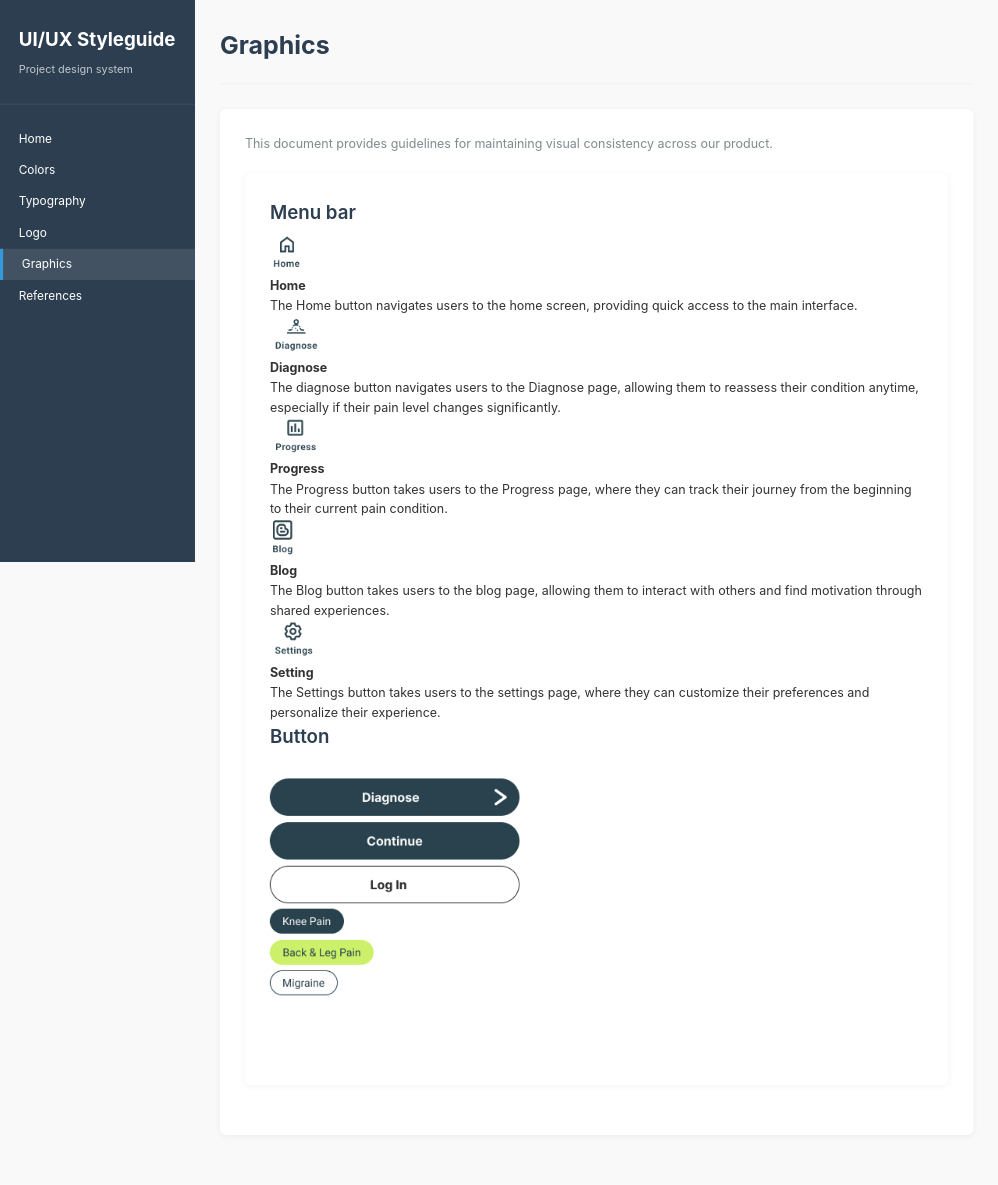
Repository: rosielee09/Heal_U
Page: graphics.html
These files come from the project's save history. The page is drawn as it stood at one moment and after the next save; the edit follows.
The browser window is 1280 px wide. The pictures show the whole page, at 78% of full size.

Above is the page before, as saved 2025-04-03 21:19:23.

### graphics.html
<!DOCTYPE html>
<html lang="en">
<head>
    <meta charset="UTF-8">
    <meta name="viewport" content="width=device-width, initial-scale=1.0">
    <link rel="stylesheet" href="styles.css">
    <title>Heal_U Styleguide</title>
</head>
<body>
    <div class="container">
        <!-- Sidebar Navigation -->
        <div class="sidebar">
            <div class="sidebar-header">
                <h1>UI/UX Styleguide</h1>
                <p>Project design system</p>
            </div>
            <ul class="nav">
                <li ><a href="index.html">Home</a></li>
                <li><a href="colors.html">Colors</a></li>
                <li><a href="typography.html">Typography</a></li>
                <li><a href="logo.html">Logo</a></li>
                <li class="active"><a href="graphics.html">Graphics</a></li>
                <li><a href="references.html">References</a></li>
            </ul>
        </div>

        <!-- Main Content - Home Page -->

        <div class="content">
            <header class="page-header">
                <h2>Graphics</h2>
            </header>

            <div class="component">
                <div class="component-header">
                  <p class="component-description">This document provides guidelines for maintaining visual consistency across our product.</p>
                </div>
           <!-- SECTION 1: menu bar -->
           <section class="component">
            <div class="component-header">
                <div class="component-section">
                    <h3 class="component-title">Menu bar</h3>

                    <div class="graphic-grid">
                        <!-- home -->
                        <div class="graphic-item">
                            <img class="graphic-menu__icon" src="/img/graphic-menu/home.png" alt="home">
                            <div class="graphic-info">
                                <h4 class="graphic-title">Home</h4>
                                <div>The Home button navigates users to the home screen, providing quick access to the main interface.</div>
                            </div>
                        </div>
                        <!-- diagnose -->
                        <div class="graphic-item">
                            <img class="graphic-menu__icon" src="/img/graphic-menu/diagnose.png" alt="diagnose">
                            <div class="graphic-info">
                                <h4 class="graphic-title">Diagnose </h4>
                                <div>The diagnose button navigates users to the Diagnose page, allowing them to reassess their condition anytime, especially if their pain level changes significantly.</div>
                            </div>
                        </div>
                        <!-- Progress -->
                        <div class="graphic-item">
                            <img class="graphic-menu__icon" src="/img/graphic-menu/progress.png" alt="Progress">
                            <div class="graphic-info">
                                <h4 class="graphic-title">Progress </h4>
                                <div>
                                    The Progress button takes users to the Progress page, where they can track their journey from the beginning to their current pain condition.</div>
                            </div>
                        </div>

                        <!-- blog -->
                        <div class="graphic-item">
                            <img class="graphic-menu__icon" src="/img/graphic-menu/blog.png" alt="blog">
                            <div class="graphic-info">
                                <h4 class="graphic-title">Blog </h4>
                                <div>The Blog button takes users to the blog page, allowing them to interact with others and find motivation through shared experiences.</div>
                        </div>
                        </div>

                        <!-- Setting -->
                        <div class="graphic-item">
                            <img class="graphic-menu__icon" src="/img/graphic-menu/setting.png" alt="Setting">
                            <div class="graphic-info">
                                <h4 class="graphic-title">Setting </h4>
                                <div>The Settings button takes users to the settings page, where they can customize their preferences and personalize their experience.</div>

                    </div>
                </div>
            </div>


                <div class="component-section">
                    <h3 class="component-title">Button </h3>
                    <br>
                    <div class="graphic-grid">
                          <!-- fill button -->
                        <div class="graphic-item">
                            <img class="graphic-button__icon" src="/img/Appovation - buttons/Button-fill-withIcon.png" alt="fill-icon">
                        </div>
                        <div class="graphic-item">
                            <img class="graphic-button__icon" src="/img/Appovation - buttons/Button-fill.jpg" alt="fill">
                        </div>
                        <div class="graphic-item">
                            <img class="graphic-button__icon" src="/img/Appovation - buttons/Button-outline.jpg" alt="outline">
                        </div>
                        <div class="graphic-item">
                            <img class="graphic-button__icon" src="/img/Appovation - buttons/chips-fill.png" alt="chips">
                        </div>
                        <div class="graphic-item">
                            <img class="graphic-button__icon" src="/img/Appovation - buttons/chips-highlighted.png" alt="chips-highlighted">
                        </div>
                        <div class="graphic-item">
                            <img class="graphic-button__icon" src="/img/Appovation - buttons/chips-outlined.png" alt="chips-outlined">
                        </div>
                </div>
            </div>
        <br>
        <br>

</body>
<script src="script.js"></script>
</html>

### styles.css
* {
    margin: 0;
    padding: 0;
    box-sizing: border-box;
}

body {
    font-family: 'Inter', -apple-system, BlinkMacSystemFont, 'Segoe UI', Roboto, Oxygen, Ubuntu, Cantarell, sans-serif;
    line-height: 1.6;
    color: #333;
    background-color: #f9f9f9;
}

/* Layout */
.container {
    display: flex;
    min-height: 100vh;
}

/* Sidebar Navigation */
.sidebar {
    width: 250px;
    background-color: #2c3e50;
    color: #fff;
    padding: 2rem 0;
    position: fixed;
    height: 100vh;
    overflow-y: auto;
}

.sidebar-header {
    padding: 0 1.5rem 2rem;
    border-bottom: 1px solid rgba(255, 255, 255, 0.1);
}

.sidebar-header h1 {
    font-size: 1.5rem;
    font-weight: 700;
    margin-bottom: 0.5rem;
}

.sidebar-header p {
    font-size: 0.875rem;
    opacity: 0.7;
}

.nav {
    list-style: none;
    padding: 1.5rem 0;
}

.nav li {
    padding: 0.5rem 1.5rem;
}

.nav li.active {
    background-color: rgba(255, 255, 255, 0.1);
    border-left: 4px solid #3498db;
}

.nav a {
    color: #fff;
    text-decoration: none;
    display: block;
    font-size: 0.95rem;
    transition: all 0.2s;
}

.nav a:hover {
    opacity: 0.8;
}

/* Main Content */
.content {
    flex: 1;
    padding: 2rem;
    margin-left: 250px;
    max-width: calc(100% - 250px);
}

.page-header {
    margin-bottom: 2rem;
    padding-bottom: 1rem;
    border-bottom: 1px solid #eee;
}

.page-header h2 {
    font-size: 2rem;
    font-weight: 700;
    color: #2c3e50;
    margin-bottom: 0.5rem;
}

.page-header p {
    color: #7f8c8d;
    font-size: 1.1rem;
}

/* Components Common Styles */
.component {
    background-color: #fff;
    border-radius: 8px;
    box-shadow: 0 2px 10px rgba(0, 0, 0, 0.05);
    padding: 2rem;
    margin-bottom: 2rem;
}

.component-header {
    margin-bottom: 1.5rem;
}

.component-title {
    font-size: 1.5rem;
    font-weight: 600;
    margin-bottom: 0.5rem;
    color: #2c3e50;
}

.component-description {
    color: #7f8c8d;
}


/* Typography */
/* Import Roboto font with multiple weights */
@import url('https://fonts.googleapis.com/css2?family=Roboto:wght@400;500;700&display=swap');

/* Import Roboto font with multiple weights */
@import url('https://fonts.googleapis.com/css2?family=Roboto:wght@400;500;700&display=swap');

/* Table styling */
table {
  width: 100%;
  border-collapse: collapse;
  font-family: 'Roboto', sans-serif;
  margin: 2rem 0;
}

th {
  background-color: #f8f9fa;
  color: #212529;
  padding: 12px 16px;
  text-align: left;
  font-weight: 500;
  border-bottom: 2px solid #dee2e6;
}

td {
  padding: 16px;
  border-bottom: 1px solid #e9ecef;
  vertical-align: top;
}

/* Remove default list styling */
td li {
  list-style: none;
  margin: 4px 0;
  padding-left: 0;
}



.content-image {
  margin: auto;
  display: block;
  padding: 1rem;
}

.center {
  text-align: center;
}

/* Typography styles */
.heading1 {
  font-family: 'Roboto', sans-serif;
  font-size: 40px;
  line-height: 48px;
  font-weight: 700;
  color: #212529;
}

.heading2 {
  font-family: 'Roboto', sans-serif;
  font-size: 32px;
  line-height: 40px;
  font-weight: 700;
  color: #212529;
}

.section-header {
  font-family: 'Roboto', sans-serif;
  font-size: 24px;
  line-height: 32px;
  font-weight: 700;
  color: #212529;
}

.sub-header {
  font-family: 'Roboto', sans-serif;
  font-size: 20px;
  line-height: 28px;
  font-weight: 700;
  color: #212529;
}

.body-bold {
  font-family: 'Roboto', sans-serif;
  font-size: 16px;
  line-height: 24px;
  font-weight: 700;
  color: #212529;
}

.body {
  font-family: 'Roboto', sans-serif;
  font-size: 16px;
  line-height: 24px;
  font-weight: 400;
  color: #212529;
}

.small {
  font-family: 'Roboto', sans-serif;
  font-size: 14px;
  line-height: 20px;
  font-weight: 400;
  color: #212529;
}

.small-italic {
  font-family: 'Roboto', sans-serif;
  font-style: italic;
  font-size: 14px;
  line-height: 20px;
  font-weight: 400;
  color: #212529;
}

.tiny-bold {
  font-family: 'Roboto', sans-serif;
  font-size: 12px;
  line-height: 18px;
  font-weight: 700;
  color: #212529;
}

.tiny {
  font-family: 'Roboto', sans-serif;
  font-size: 12px;
  line-height: 18px;
  font-weight: 400;
  color: #212529;
}

.mini {
  font-family: 'Roboto', sans-serif;
  font-size: 8px;
  line-height: 12px;
  font-weight: 400;
  color: #212529;
  letter-spacing: 0.5px;
}

/* Add zebra striping for better readability */
tbody tr:nth-child(odd) {
  background-color: #f8f9fa;
}

Loaded but not shown: script.js (no stored copy; drawn as an empty file)

After the next save:
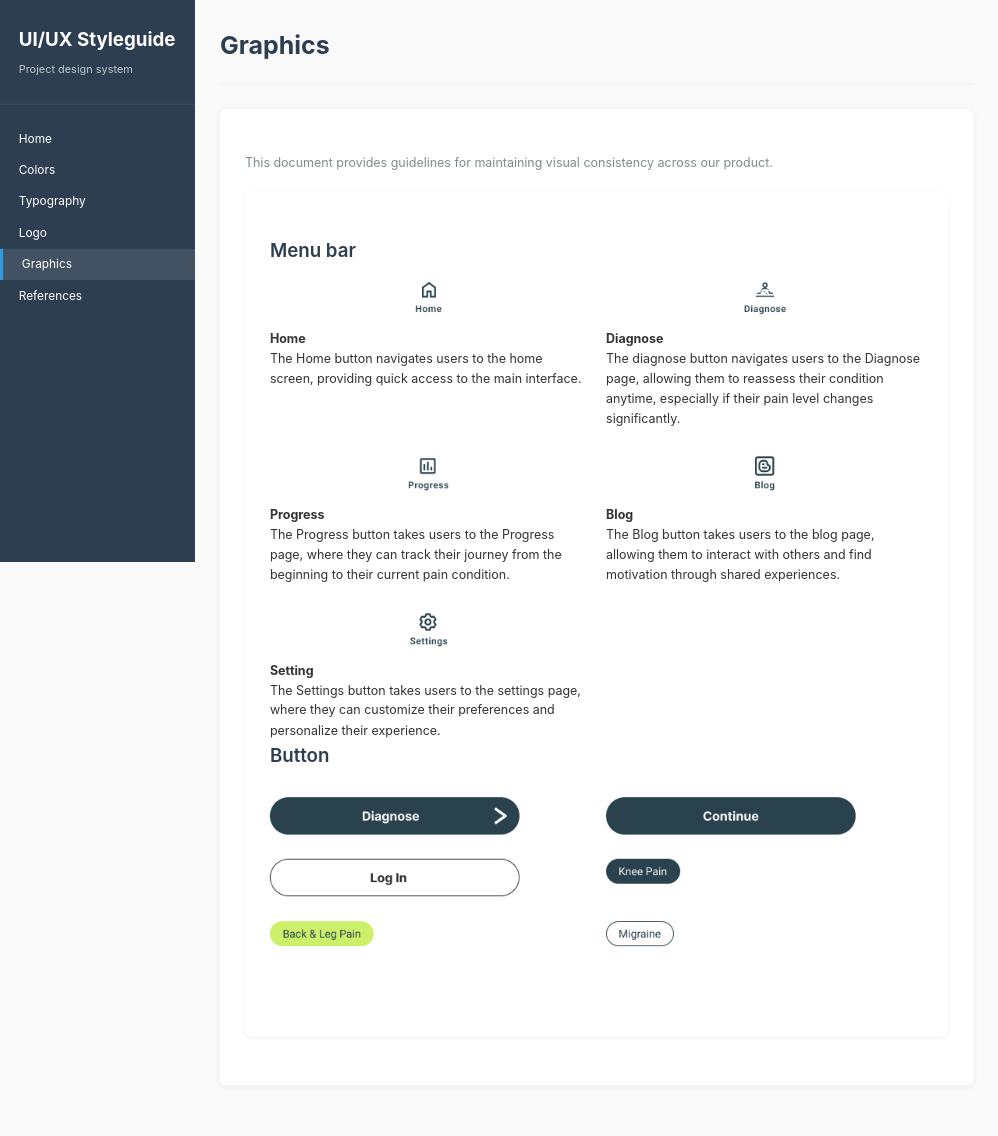
Saved 35 s later.
--- a/styles.css
+++ b/styles.css
@@ -106,6 +106,7 @@ body {
 }
 
 .component-header {
+    margin-top: 1.5rem;
     margin-bottom: 1.5rem;
 }
 
@@ -121,12 +122,124 @@ body {
 }
 
 
+    /* Color Styles */
+.color-grid {
+    display: grid;
+    grid-template-columns: repeat(auto-fill, minmax(300px, 1fr));
+    gap: 1.5rem;
+}
+
+.color-grid__onlycolor {
+    display: grid;
+    grid-template-columns: repeat(auto-fill, minmax(300px, 2fr));
+    gap: 1.5rem;
+    align-items: center;
+}
+
+.color-grid__Accessiblilliy {
+    display: grid;
+    grid-template-columns: repeat(auto-fit, minmax(clamp(300px, 50%, 400px), 1fr));
+    gap: 1.5rem;
+}
+
+.color-item {
+    border-radius: 6px;
+    overflow: hidden;
+    box-shadow: 0 2px 5px rgba(0, 0, 0, 0.1);
+}
+
+.color-preview {
+    height: 120px;
+}
+
+.color-info {
+    padding: 1rem;
+    background-color: #fff;
+}
+
+.color-name {
+    font-weight: 600;
+    margin-bottom: 0.25rem;
+}
+
+.color-value {
+    font-family: monospace;
+    color: #7f8c8d;
+    font-size: 0.85rem;
+}
+
+.color__primary--preview{
+    background-color: #29424D;
+}
+
+.color__secondary--preview{
+    background-color: #CFC4F4;
+}
+
+.color__tertiary--preview {
+    background-color: #F8F3EC;
+}
+
+.color__accent--preview{
+    background-color: #CDF06B;
+}
+
+.color__success--preview{
+    background-color: #138636;
+}
+
+.color__error--preview{
+    background-color: #C32D2D;
+}
+
+.color__warning--preview{
+    background-color: #FFBD11;
+}
+
+.color__info--preview{
+    background-color: #4976BA;
+}
+
+.color__background--preview{
+    background-color: #fff;
+}
+
+.color__text--preview{
+    background-color: #2E2E30;
+}
+
+.color-accessiblillity-img {
+    width: 100%;
+    height: 70%;
+}
+
+.color-example-img{
+    align-items: center;
+}
+
+
+/* Graphics */
+.graphic-grid {
+    display: grid;
+    grid-template-columns: repeat(auto-fill, minmax(300px, 2fr));
+    gap: 1.5rem;
+
+}
+
+.graphic-item{
+   justify-items: center;
+}
+
+.graphic-menu__icon{
+    margin: 10px;
+}
+
+
 /* Typography */
+
 /* Import Roboto font with multiple weights */
 @import url('https://fonts.googleapis.com/css2?family=Roboto:wght@400;500;700&display=swap');
 
-/* Import Roboto font with multiple weights */
-@import url('https://fonts.googleapis.com/css2?family=Roboto:wght@400;500;700&display=swap');
 
 /* Table styling */
 table {
@@ -143,6 +256,7 @@ th {
   text-align: left;
   font-weight: 500;
   border-bottom: 2px solid #dee2e6;
+
 }
 
 td {
@@ -170,13 +284,20 @@ td li {
   text-align: center;
 }
 
-/* Typography styles */
+
+
+.typography-item {
+    margin-bottom: 2rem;
+}
+
+
 .heading1 {
   font-family: 'Roboto', sans-serif;
   font-size: 40px;
   line-height: 48px;
   font-weight: 700;
   color: #212529;
+
 }
 
 .heading2 {
@@ -210,6 +331,7 @@ td li {
   font-weight: 700;
   color: #212529;
 }
+
 
 .body {
   font-family: 'Roboto', sans-serif;
